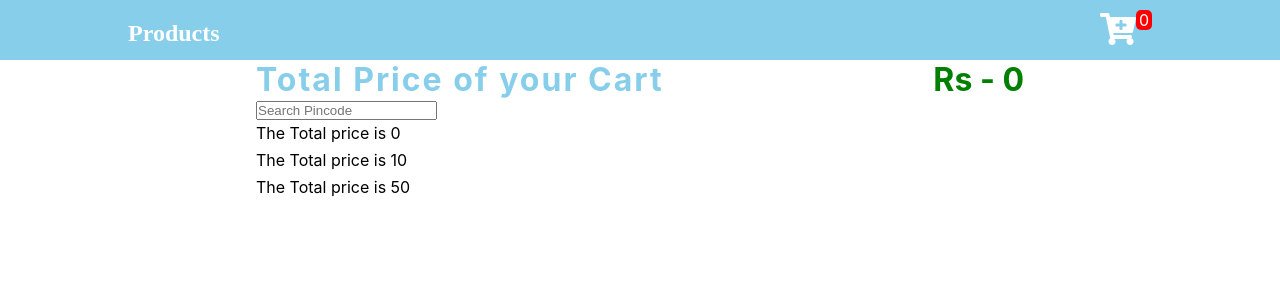
Repository: Imprasna/react-ecommerce
Page: /, after clicking the first element matching `div.cart`
The author's editor kept a copy of each file at every save. The page is drawn from the files as they stood at one save, then again after a run of saves.
The browser window is 1280 px wide. The pictures show the whole page.
Some web libraries are served in a nearby version. The project was rebuilt for these pictures with package versions that can differ from the ones it lists, and the page was loaded fresh each time.

Above is the page before, as saved 2022-06-14 21:23:19.

After the next 4 saves:
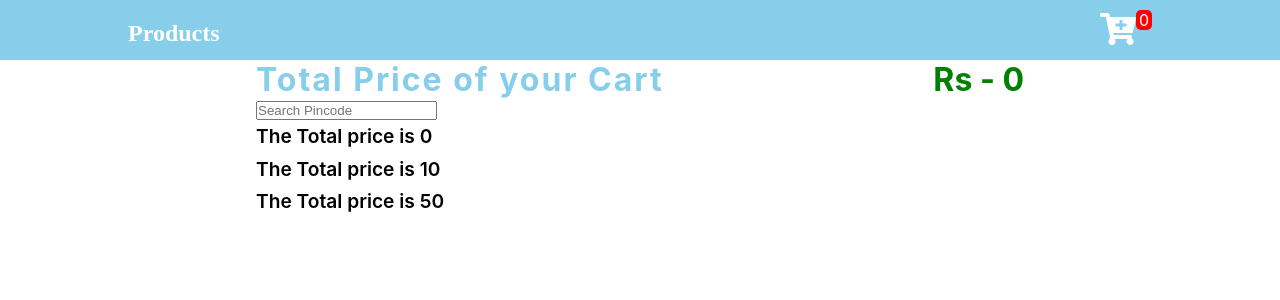
The 4 saves are shown as one change because they came seconds apart.
The last was saved 112 s later.
--- a/src/components/css/cart.css
+++ b/src/components/css/cart.css
@@ -77,7 +77,8 @@
   }
 
   .finalamount {
-    font-size: 1rem;
+    font-size: 1.2rem;
     line-height: 1.7;
+    font-weight: 600;
     color: #000;
   }
